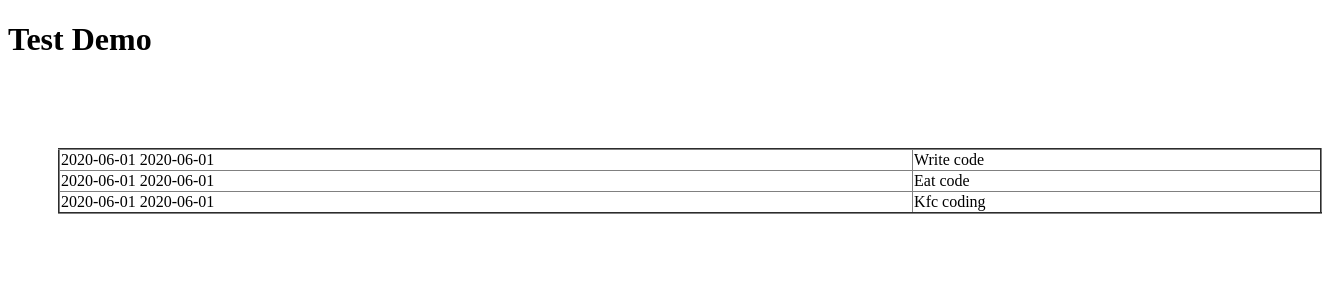
Repository: cavidk/taco_shop-web
Page: html basics/index.html
These files come from the project's save history. The page is drawn as it stood at one moment and after the next save; the edit follows.
The browser window is 1280 px wide. The page is 1322 px wide, then 1280 px, so the pictures cover 1322 px, including what lies to the right of the window. The pictures show the whole page.

Above is the page before, as saved 2024-06-07 12:25:00.

After the next save:
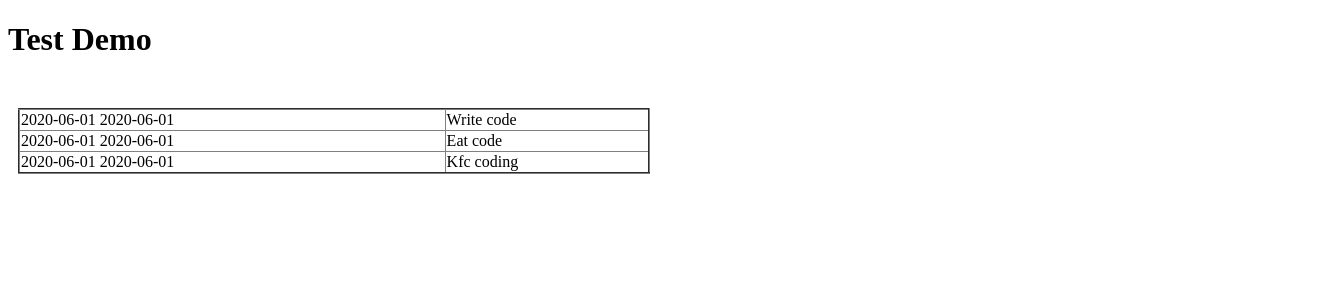
Saved 3 min 19 s later.
--- a/html basics/style.css
+++ b/html basics/style.css
@@ -1,7 +1,7 @@
 #table{
-      width: 100%;
+      width: 50%;
       border-collapse: collapse;
-      margin: 50px;
-      padding: 50px;;
+      margin: 10px;
+      padding: 10px;;
       border-radius: 5px;
 }
